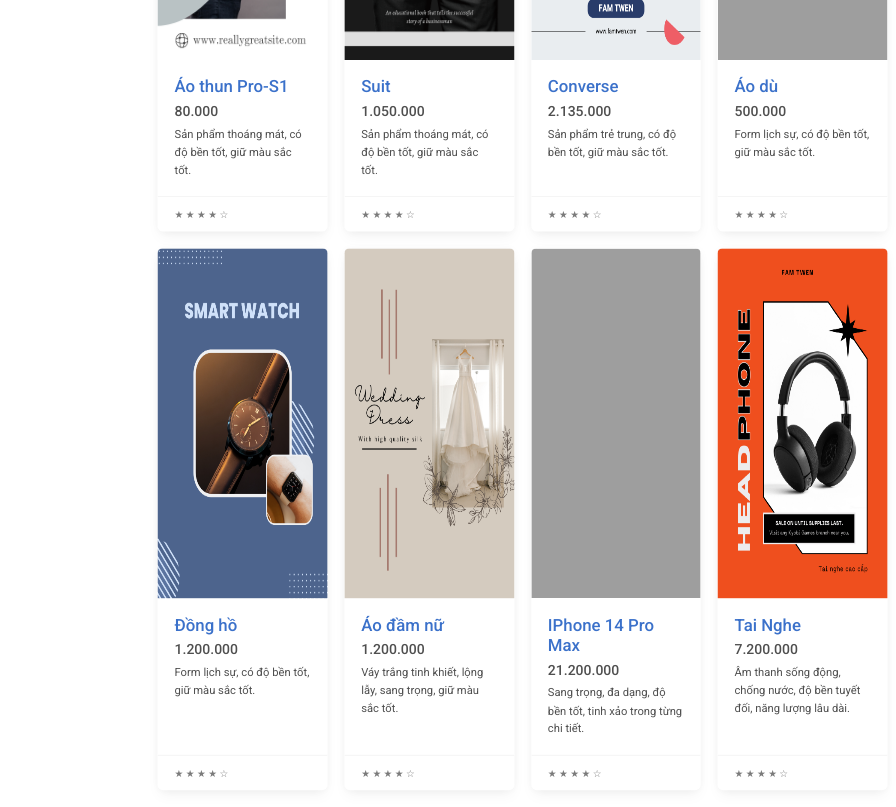
Repository: famtwendev/JSP_workspace
Page: http://localhost/Bai26_Bookstore13_GuiEmail/
An editor plug-in stored every save of this project. The page is shown before and after a run of saves, followed by the edit.
The browser window is 1280 px wide. The pictures show the part of the page from y = 767 to 2687 px (the page is 1920 px tall before and 2687 px after), at 70% of full size.
Pictures or frames that could not be fetched are drawn as grey boxes. The page is served by Tomcat 9.

Above is the page before, as saved 2024-03-24 07:03:45.
Console error: SyntaxError: Cannot use import statement outside a module

After the next 2 saves:
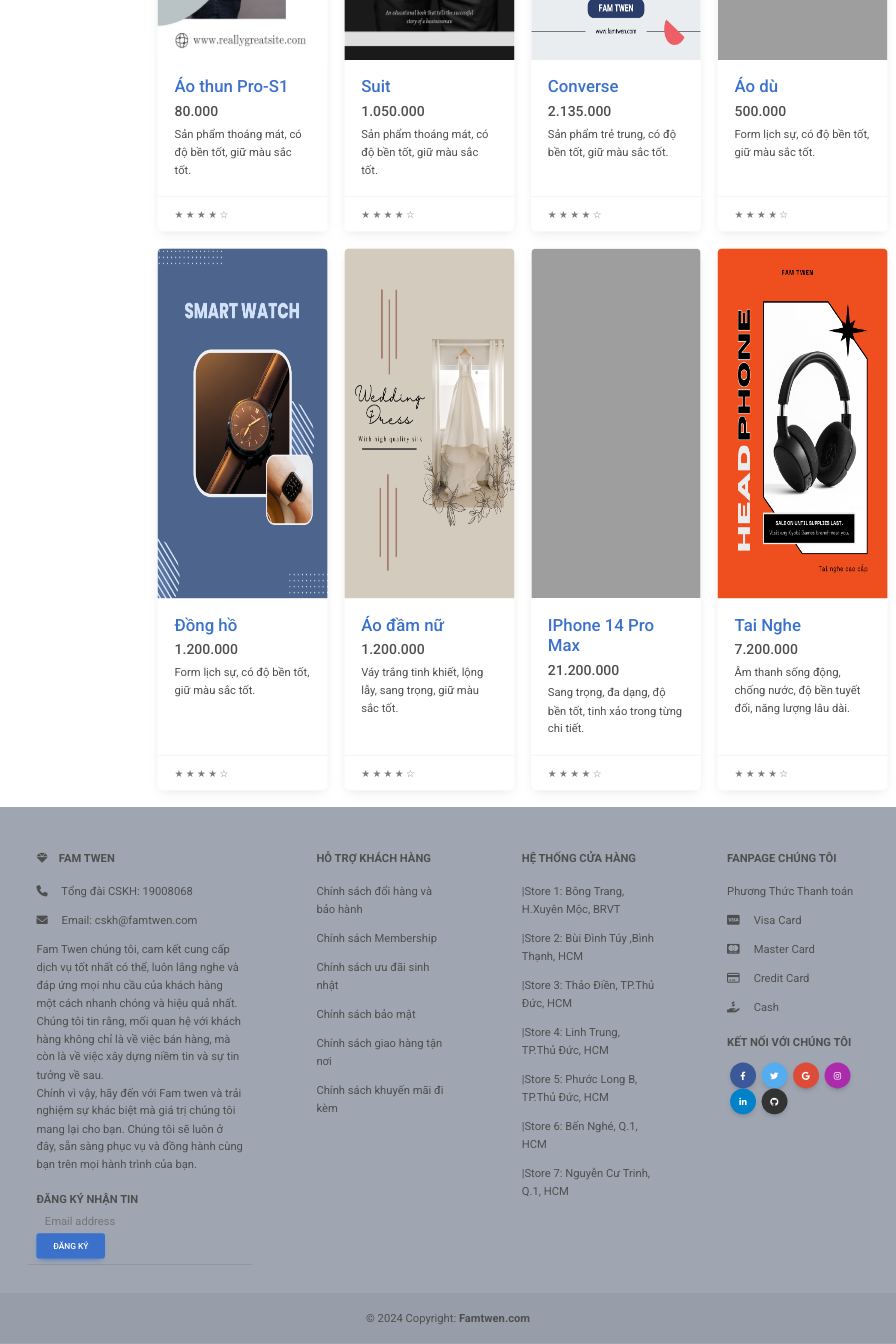
The 2 saves are shown as one change because 1 did not build or start.
The last was saved 71 s later.
--- a/Bai26_Bookstore13_GuiEmail/src/main/webapp/index.jsp
+++ b/Bai26_Bookstore13_GuiEmail/src/main/webapp/index.jsp
@@ -259,6 +259,10 @@ String url = request.getScheme() + "://" + request.getServerName() + ":" + reque
 
 		</section>
 		<!-- End Page Content -->
+		<!-- Footer -->
+		<jsp:include page="footer.jsp"></jsp:include>
+
+
 		<script type="text/javascript">
 		import { Dropdown, Ripple, initMDB } from "mdb-ui-kit";
 		initMDB({ Dropdown, Ripple });
